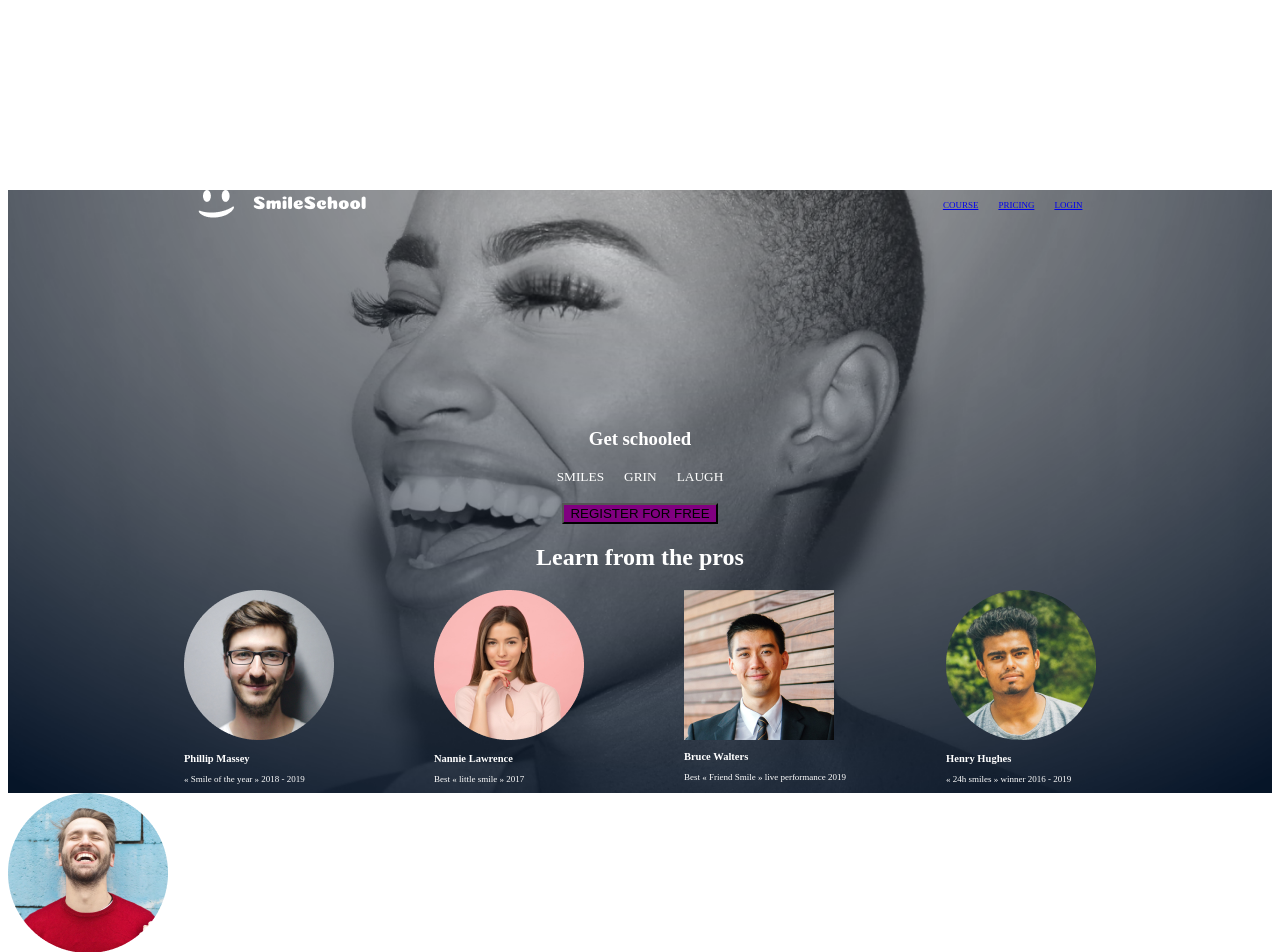
Repository: mwihakiann/alx_html_css
Page: css_advanced/index.html
These files come from the project's save history. The page is drawn as it stood at one moment and after the next save; the edit follows.
The browser window is 1280 px wide. The pictures show the part of the page from y = 0 to 952 px (the page is 3643 px tall before and 3891 px after).
A picture or video elsewhere on the page could not be fetched, so the positions and the page height are approximate. Some web libraries are served in a nearby version.

Above is the page before, as saved 2025-09-28 18:10:03.

After the next save:
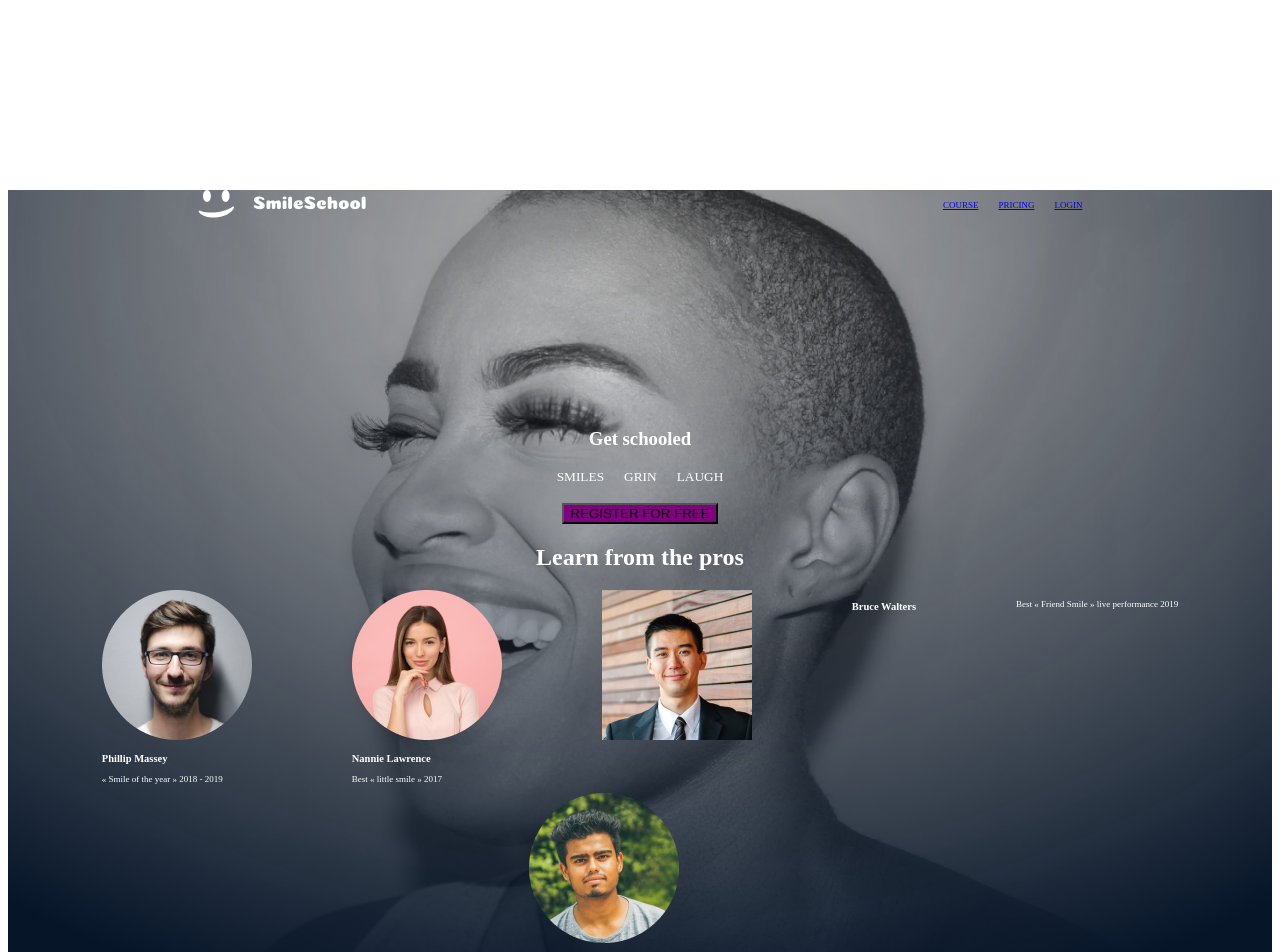
Saved 82 s later.
--- a/css_advanced/index.html
+++ b/css_advanced/index.html
@@ -46,7 +46,6 @@
             <p>Best « little smile » 2017</p>
           </div>
           <div>
-            <div class="bruce">
             <img src="./images/2.png" alt="">
             </div>
             <h3>Bruce Walters</h3>

After the 4 saves that followed:
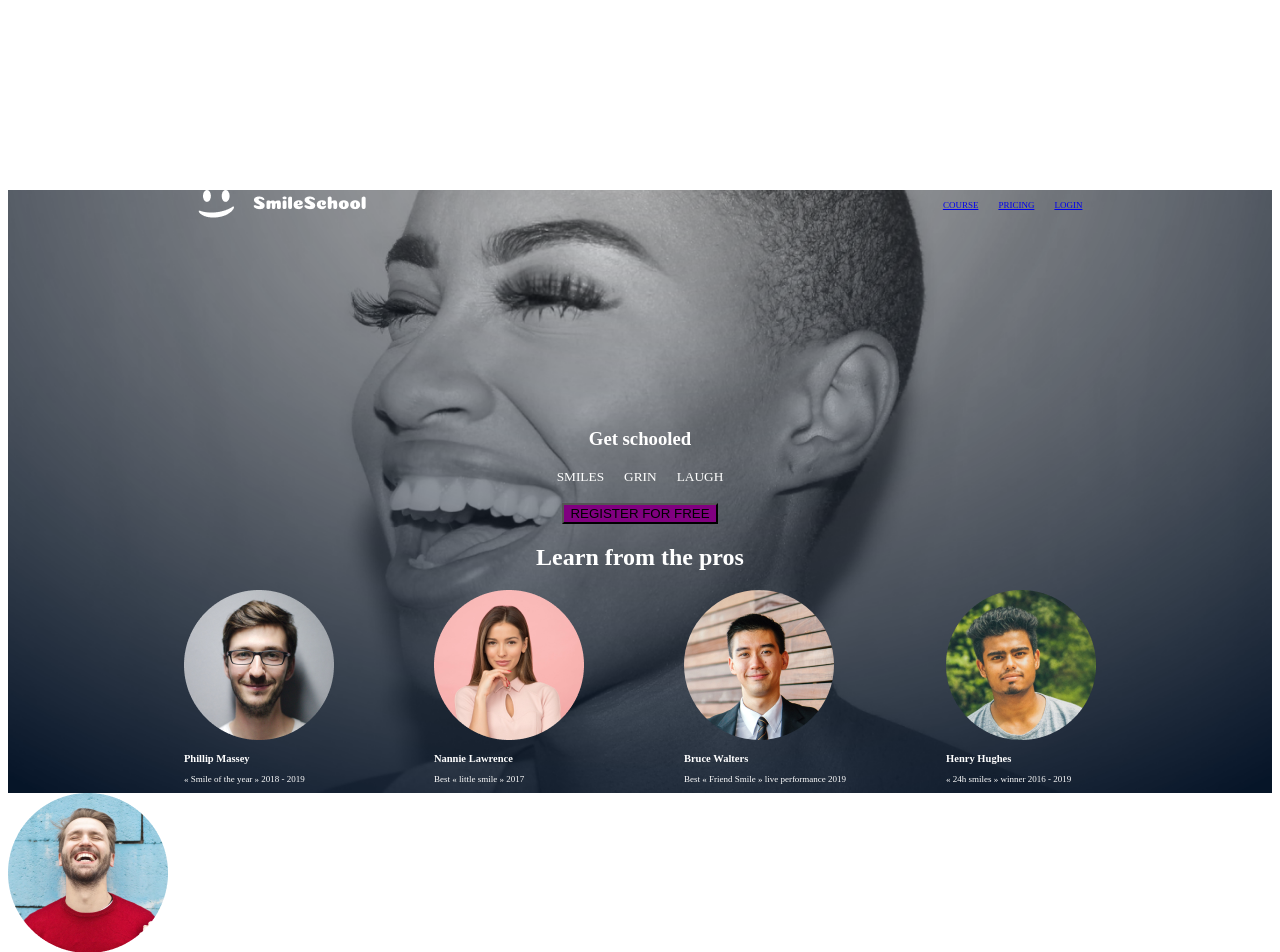
The 4 saves are shown as one change because they came seconds apart.
The last was saved 13 s later.
--- a/css_advanced/index.html
+++ b/css_advanced/index.html
@@ -46,8 +46,7 @@
             <p>Best « little smile » 2017</p>
           </div>
           <div>
-            <img src="./images/2.png" alt="">
-            </div>
+            <img src="./images/2.png" alt="" class="bruce">
             <h3>Bruce Walters</h3>
             <p>Best « Friend Smile » live performance 2019</p>
           </div>
